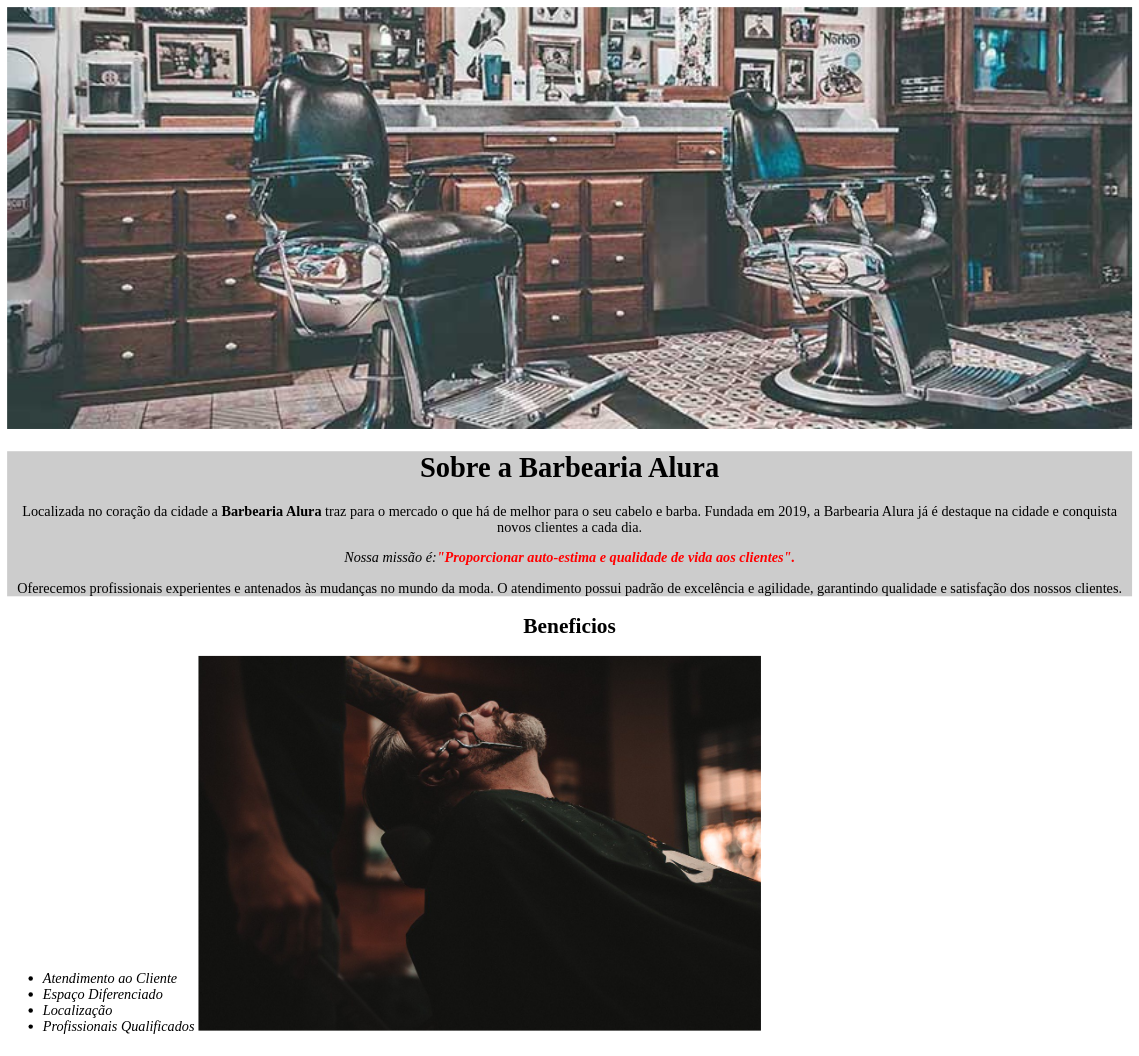
Repository: AnaBerlanda/AulaAlura
Page: index.html
An editor plug-in stored every save of this project. The page is shown before and after the next save, followed by the edit.
The browser window is 1280 px wide. The pictures show the whole page, at 89% of full size.

Above is the page before, as saved 2022-04-08 15:03:55.

After the next save:
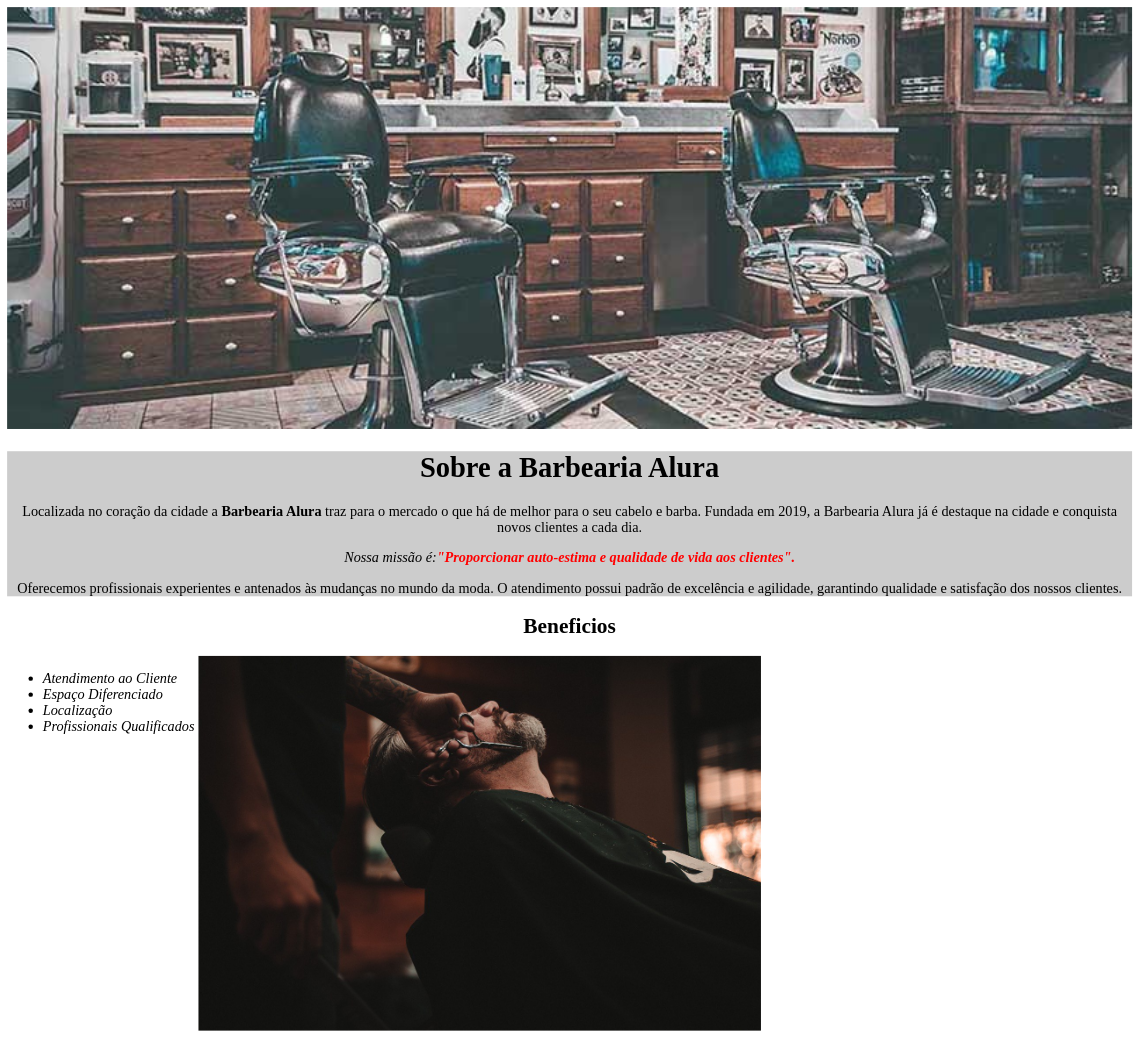
Saved 24 s later.
--- a/index.css
+++ b/index.css
@@ -26,7 +26,7 @@ h2{
 }
 ul{
     display: inline-block;
-    vertical-align: auto;
+    vertical-align: top;
 }
 .imgbeneficios{
     width: 50%;
